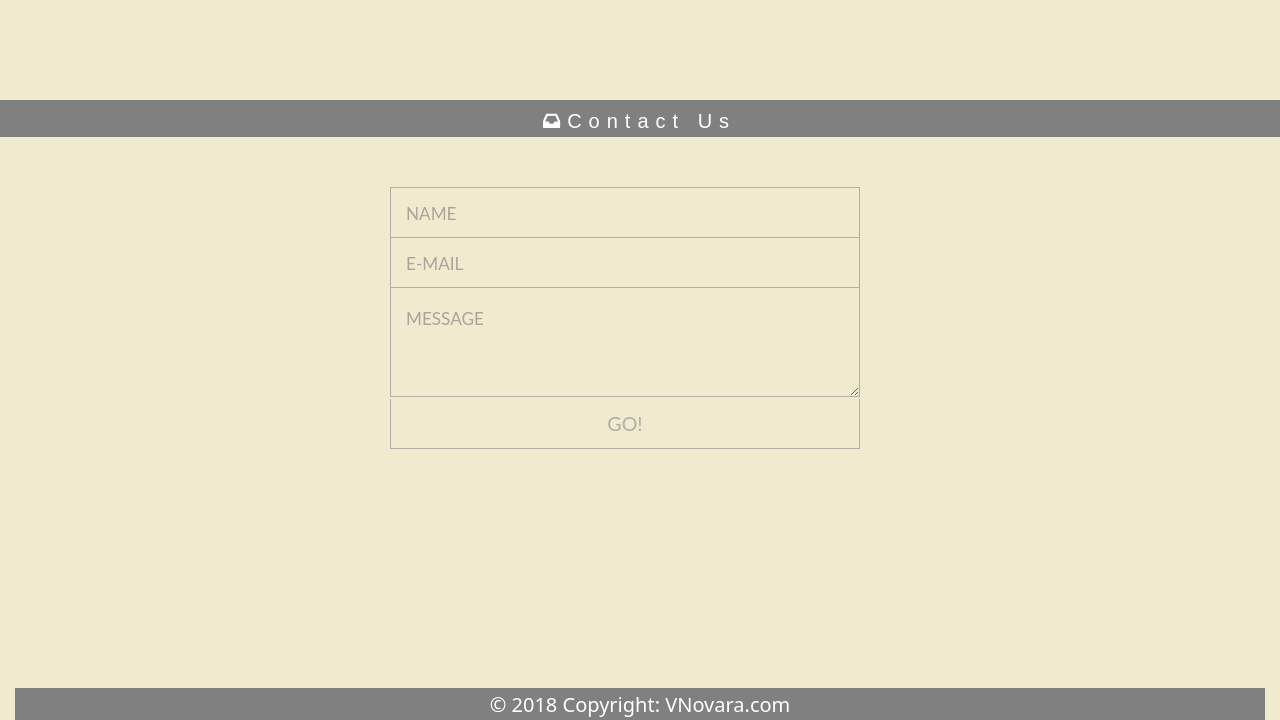
Repository: valenovi76/DeliveryExcellence
Page: contact.html
The author's editor kept a record of every edit. The page is drawn from the files as they stood at one moment, then again after the next edit.
The browser window is 1280 px wide. The pictures show the whole page.

Above is the page before.

After the next edit:
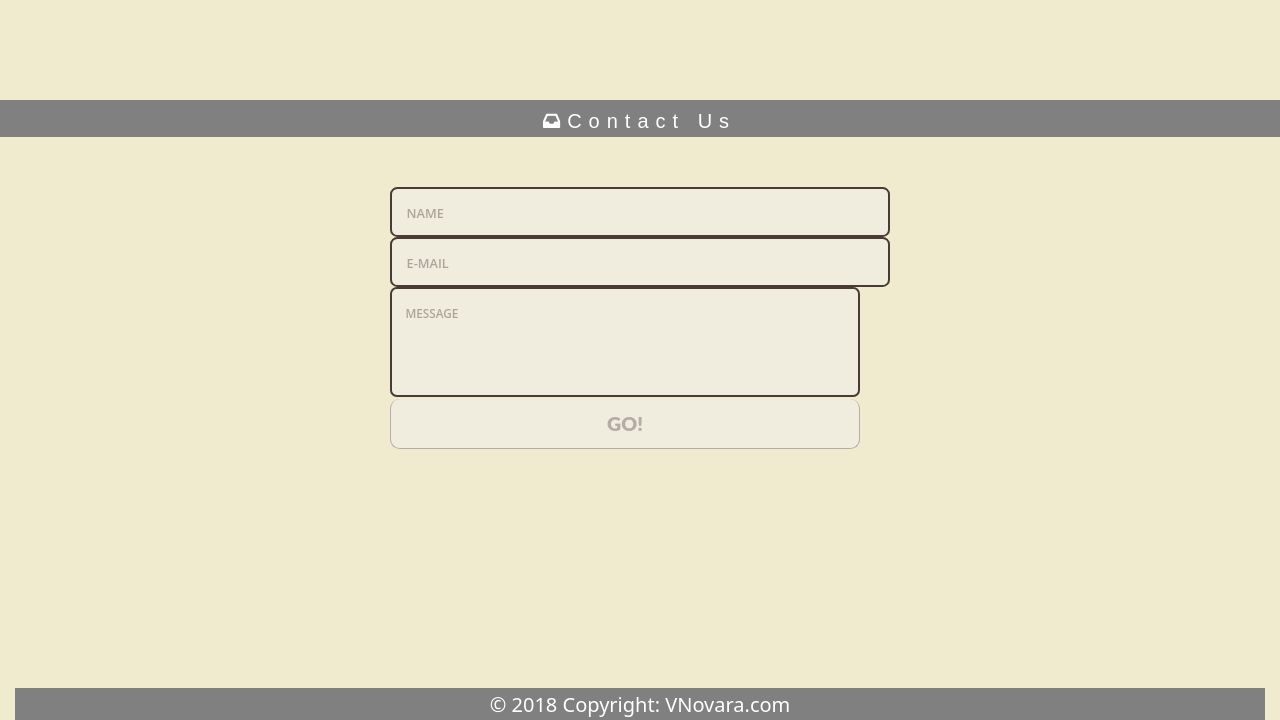
The edit:
--- a/assets/style.css
+++ b/assets/style.css
@@ -324,7 +324,7 @@
     transform: translateY(0);
   }
 
-  p {font-weight: 600;
+  p {font-weight: 600;}
 
     &.close {
       text-align: right;

After the 3 edits that followed:
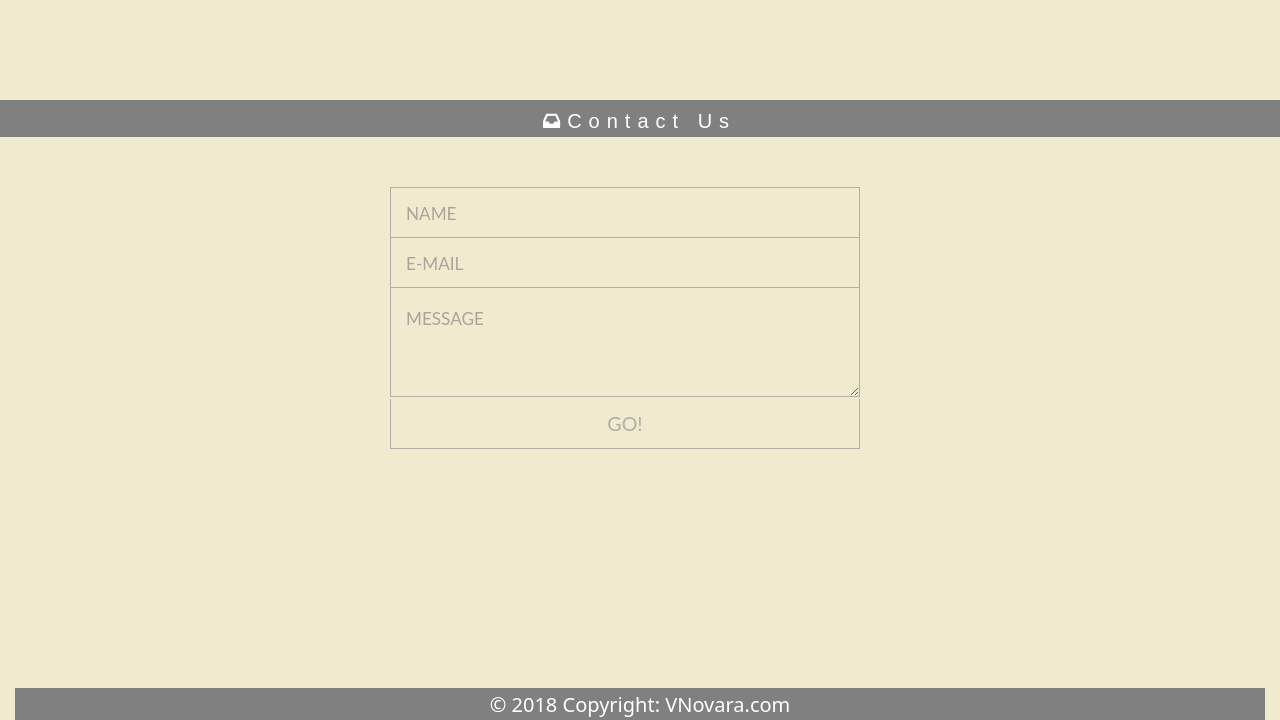
The 3 edits are shown as one change because 2 left the picture as it was.
The edit:
--- a/assets/style.css
+++ b/assets/style.css
@@ -326,18 +326,18 @@
 
   p {font-weight: 600;}
 
-    &.close {
+    .close {
       text-align: right;
       cursor: pointer;
     }
 
-    &.thanks {
+    .thanks {
       opacity: 0;
       transition: opacity .2s;
     }
 
-    &.thanks.visible {opacity: 1;}
-  }
+.thanks.visible {opacity: 1;}
+
 
   input, textarea {
     width: 100%;
